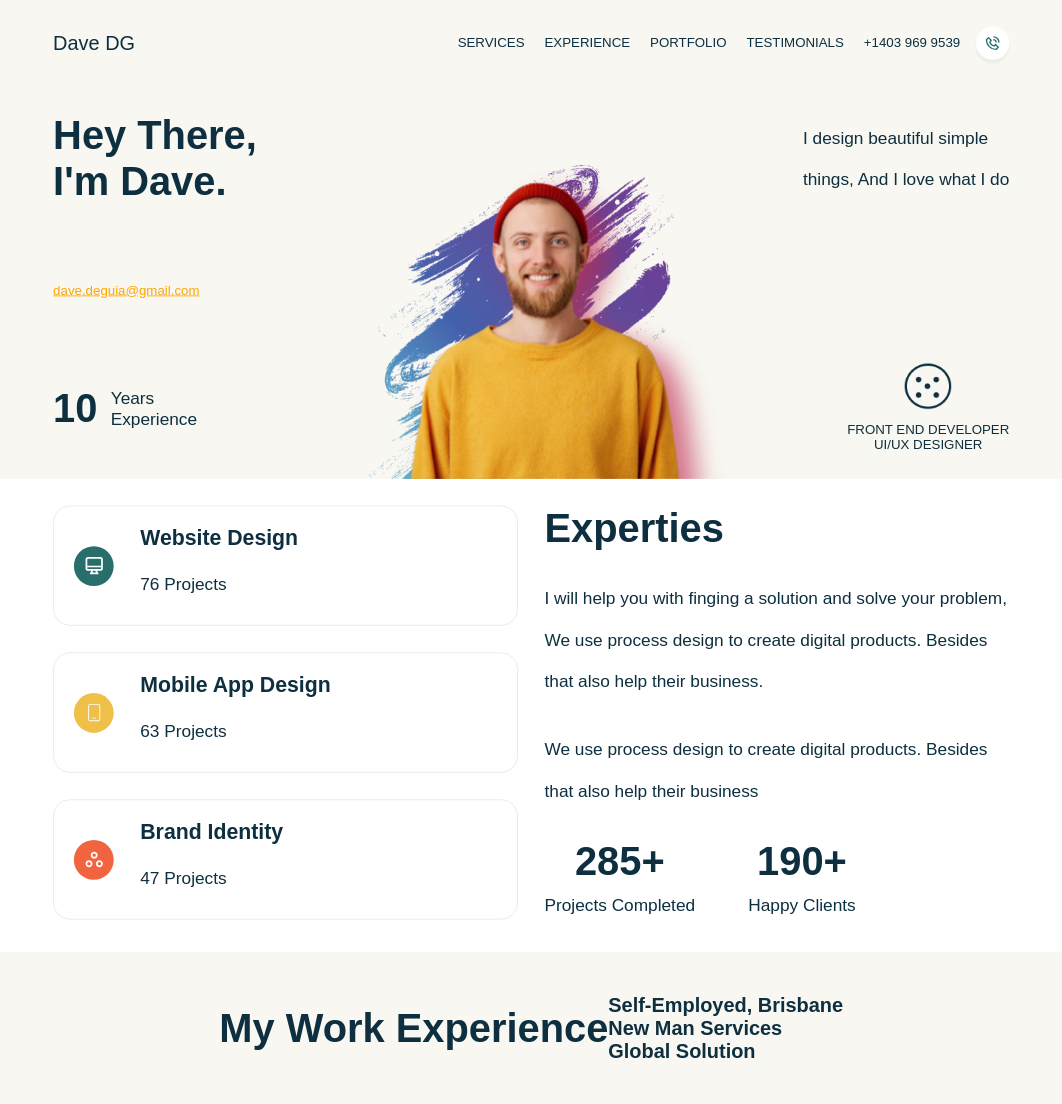
Repository: davedeguia/framer-motion-portfolio
Page: /
The author's editor kept a copy of each file at every save. The page is drawn from the files as they stood at one save, then again after the next save.
The browser window is 1280 px wide. The pictures show the whole page, at 83% of full size.
Some web fonts or font styles are not loaded; a fallback is used. The project was rebuilt for these pictures with package versions that can differ from the ones it lists, and the page was loaded fresh each time. Also part of the build but not shown: vite.config.js, src/components/Works/Works.module.scss.

Above is the page before, as saved 2023-02-10 17:23:31.

### index.html
<!DOCTYPE html>
<html lang="en">
  <head>
    <meta charset="UTF-8" />
    <link rel="icon" type="image/svg+xml" href="/vite.svg" />
    <meta name="viewport" content="width=device-width, initial-scale=1.0" />
    <link rel="stylesheet" href="https://stijndv.com/fonts/Eudoxus-Sans.css" />
      <title>Dave DG</title>
  </head>
  <body>
    <div id="root"></div>
    <script type="module" src="/src/main.jsx"></script>
  </body>
</html>

### src/main.jsx
import React from 'react'
import ReactDOM from 'react-dom/client'
import App from './App'
import './styles/index.css'
import './styles/global.scss'

ReactDOM.createRoot(document.getElementById('root')).render(
  <React.StrictMode>
    <App />
  </React.StrictMode>
)

### src/App.jsx
import Experties from './components/Experties/Experties'
import Header from './components/Header/Header'
import Hero from './components/Hero/Hero'
import Works from './components/Works/Works'
import css from './styles/app.module.scss'

const App = () => {
  return (
    <div className={`bg-primary ${css.container}`}>
      <Header />
      <Hero />
      <Experties />
      <Works />
    </div>
  )
}

export default App

### src/styles/index.css
* {
    margin: 0;
    padding: 0;
    box-sizing: border-box;
    scroll-behavior: smooth;
    font-family: "Eudoxus Sans", sans-serif;
  }

### src/styles/global.scss
@import './constants.scss';

.bg-primary {
  background: #F8F7F1;
}

.innerWidth {
  @media (min-width: $xxl) {
    max-width: 1280px;
    margin: auto;
  }

  width: 100%;
}

.paddings {
  @media (min-width: $sm) {
    padding: 4rem;
  }


  @media (min-width: $xl),
  (min-width: $md) {
    padding-top: 2rem;
    padding-bottom: 2rem;
  }

  padding-left: 1.5rem;
  padding-right: 1.5rem;
  padding-top: 1.5rem;
  padding-bottom: 1.5rem;
}



.xPaddings {
  @media (min-width: $sm) {
    padding-left: 4rem;
    padding-right: 4rem;
  }

  padding-left: 1.5rem;
  /* 24px */
  padding-right: 1.5rem;
  /* 24px */
}

.yPaddings {
  @media (min-width: $sm) {
    padding-top: 4rem;
    padding-bottom: 4rem;
  }

  @media (min-width: $xl) {
    padding-top: 2rem;
    padding-bottom: 2rem;
  }

  padding-top: 3rem;
  padding-bottom: 3rem;
}

.topPaddings {
  @media (min-width : $sm) {
    padding-top: 4rem;
  }

  @media (min-width: $xl) {
    padding-top: 2rem;
  }

  padding-top: 3rem;
}


.bottomPaddings {
  @media (min-width : $sm) {
    padding-bottom: 4rem;
  }

  @media (min-width: $xl) {
    padding-bottom: 2rem;
  }

  padding-bottom: 3rem;
}


.flexCenter {
  display: flex;
  justify-content: center;
  align-items: center;
}

.flexStart {
  display: flex;
  justify-content: start;
  align-items: center;
}

.flexEnd {
  display: flex;
  justify-items: end;
}

.primaryText {
  @media (max-width: $sm) {
    font-size: 2.5rem;
  }
  font-size: 3rem;
  font-weight: bold;
}

.secondaryText {
  @media (max-width: $sm) {
    font-size: 1.1rem;
    line-height: 40px;
  }
  line-height: 50px;
  font-size: 1.3rem;
  font-weight: 500
}
.anchor {
  display: block;
  position: relative;
  top: -100px;
  visibility: hidden;
}

### src/components/Experties/Experties.jsx
import React from 'react'
import css from './Experties.module.scss'
import { projectExperience, WhatDoIHelp } from '../../utils/data'
import { motion } from 'framer-motion'
import { fadeIn, staggerContainer, textVariant } from '../../utils/motion.js'

const Experties = () => {
  return (
    <motion.section
      variants={staggerContainer}
      initial='hidden'
      whileInView='show'
      viewport={{ once: false, amount: 0.25 }}
      className={css.wrapper}
    >
      <div
        className={`paddings yPaddings flexCenter innerWidth ${css.container}`}
      >
        <div className={css.leftSide}>
          {projectExperience.map((exp, i) => {
            return (
              <motion.div
                variants={fadeIn('right', 'tween', (i + 1) * 0.2, 1)}
                className={css.exp}
                key={i}
              >
                <div className='flexCenter' style={{ background: exp.bg }}>
                  <exp.icon size={25} color='white' />
                </div>

                <div>
                  <span>{exp.name}</span>
                  <span className='secondaryText'>{exp.projects} Projects</span>
                </div>
              </motion.div>
            )
          })}
        </div>
        <motion.div variants={textVariant(0.5)} className={css.rightSide}>
          <span className='primaryText'>Experties </span>
          {WhatDoIHelp.map((paragraph, i) => {
            return (
              <span className='secondaryText' key={i}>
                {paragraph}
              </span>
            )
          })}

          <div className={`flexCenter ${css.stats}`}>
            <div className={`flexCenter ${css.stat}`}>
              <span className='primaryText'>285+</span>
              <span className='secondaryText'>Projects Completed</span>
            </div>

            <div className={`flexCenter ${css.stat}`}>
              <span className='primaryText'>190+</span>
              <span className='secondaryText'>Happy Clients</span>
            </div>
          </div>
        </motion.div>
      </div>
    </motion.section>
  )
}

export default Experties

### src/components/Header/Header.jsx
import React, { useState } from 'react'
import css from './Header.module.scss'
import { BiMenuAltRight, BiPhoneCall } from 'react-icons/bi'
import { motion } from 'framer-motion'
import { getMenuStyles, headerVariants } from '../../utils/motion'
import useHeaderShadow from '../../hooks/useHeaderShadow'

const Header = () => {
  const [menuOpened, setMenuOpened] = useState(false)
  const headerShadow = useHeaderShadow()
  return (
    <motion.div
      initial='hidden'
      whileInView='show'
      variants={headerVariants}
      viewport={{ once: false, amount: 0.25 }}
      className={`paddings ${css.wrapper}`}
      style={{ boxShadow: headerShadow }}
    >
      <div className={`flexCenter innerWidth ${css.container}`}>
        <div className={css.name}>Dave DG</div>
        <ul
          style={getMenuStyles(menuOpened)}
          className={`flexCenter ${css.menu}`}
        >
          <li>
            <a href=''>Services</a>
          </li>

          <li>
            <a href=''>Experience</a>
          </li>

          <li>
            <a href=''>Portfolio</a>
          </li>

          <li>
            <a href=''>Testimonials</a>
          </li>

          <li className={`flexCenter ${css.phone}`}>
            <p>+1403 969 9539</p>
            <BiPhoneCall size={'40px'} />
          </li>
        </ul>
        {/* for medium and small screens */}
        <div
          className={css.menuIcon}
          onClick={() => setMenuOpened((prev) => !prev)}
        >
          <BiMenuAltRight size={30} />
        </div>
      </div>
    </motion.div>
  )
}

export default Header

### src/components/Hero/Hero.jsx
import React from 'react'
import css from './Hero.module.scss'
import { motion } from 'framer-motion'
import { fadeIn, slideIn, staggerContainer } from '../../utils/motion'

const Hero = () => {
  return (
    <section className={`paddings ${css.wrapper}`}>
      <motion.div
        variants={staggerContainer}
        initial='hidden'
        whileInView='show'
        viewport={{ once: false, amount: 0.25 }}
        className={`innerWidth ${css.container}`}
      >
        {/* upper elements */}
        <div className={css.upperElements}>
          <motion.span
            variants={fadeIn('right', 'tween', 0.2, 1)}
            className='primaryText'
          >
            Hey There, <br /> I'm Dave.
          </motion.span>
          <motion.span
            variants={fadeIn('left', 'tween', 0.4, 1)}
            className='secondaryText'
          >
            I design beautiful simple <br /> things, And I love what I do
          </motion.span>
        </div>

        {/* person image */}
        <motion.div
          variants={fadeIn('up', 'tween', 0.3, 1)}
          className={css.person}
        >
          <motion.img
            variants={slideIn('up', 'tween', 0.5, 1.3)}
            src='./person.png'
            alt=''
          />
        </motion.div>

        {/* email */}
        <a className={css.email} href='mailto:dave.deguia@gmail.com'>
          dave.deguia@gmail.com
        </a>

        {/* lower elements */}
        <div className={css.lowerElements}>
          <div className={css.experience}>
            <div className='primaryText'>10</div>
            <div className='secondaryText'>
              <div>Years</div>
              <div>Experience</div>
            </div>
          </div>
          <div className={css.certificate}>
            <img src='./certificate.png' alt='' />
            <span>FRONT END DEVELOPER</span>
            <span>UI/UX DESIGNER</span>
          </div>
        </div>
      </motion.div>
    </section>
  )
}

export default Hero

### src/components/Works/Works.jsx
import React from 'react'
import css from './Works.module.scss'
import { motion } from 'framer-motion'
import { staggerChildren } from '../../utils/motion.js'
import { workExp } from '../../utils/data'

const Works = () => {
  return (
    <motion.section
      variants={staggerChildren}
      initial='hidden'
      whileInView='show'
      viewport={{ once: false, amount: 0.25 }}
      className={`paddings ${css.wrapper}`}
    >
      <div className={`flexCenter innerWidth ${css.container}`}>
        <span className='primaryText yPaddings'>My Work Experience</span>
        <div className={css.experiences}>
          {workExp.map((exp, i) => {
            return (
              <div className={css.exp} key={i}>
                <div className={css.post}>
                  <h1>{exp.place}</h1>
                </div>
                <div className={css.role}></div>
              </div>
            )
          })}
        </div>
      </div>
    </motion.section>
  )
}

export default Works

### src/styles/app.module.scss
@import './constants.scss';

.container{
    overflow-x: clip;
    position: relative;
    color: $primary;

}

### src/components/Experties/Experties.module.scss
@import './../../styles/constants.scss';

.wrapper {
    background: white;

    .container {
        align-items: flex-start;
        gap: 2rem;
        flex-wrap: wrap;
        >div {
            flex: 1;
        }

        .leftSide {
            display: flex;
            flex-direction: column;
            gap: 2rem;

            .exp {
                display: flex;
                align-items: center;
                border: 1px solid $secondary-white;
                border-radius: 20px;
                padding: 1.5rem;
                gap: 2rem;
                transition: all 200ms ease-out;

                &hover {
                    cursor: pointer;
                    box-shadow: 0px 21px 13px rgba(0, 0, 0, 0.04);
                }

                //icon circles
                >:nth-child(1) {
                    padding: 10px;
                    width: 3rem;
                    height: 3rem;
                    border-radius: 999px;
                }

                //description
                >:nth-child(2) {
                    display: flex;
                    flex-direction: column;
                    gap: 1rem;

                    >:nth-child(1) {
                        font-size: 1.6rem;
                        font-weight: bold;
                    }
                }

            }
        }

        .rightSide {
            @media (max-width: $sm) {
                text-align: center;
            }
            display: flex;
            flex-direction: column;
            gap: 2rem;

            .stats {
                justify-content: flex-start;
                gap: 4rem;

                .stat {
                    flex-direction: column;
                    justify-content: flex-start;
                }
            }
        }
    }
}

### src/utils/motion.js
export const headerVariants = {
  hidden: {
    opacity: 0,
    y: -50,
    transition: {
      type: 'spring',
      stiffness: 300,
      damping: 140,
    },
  },
  show: {
    opacity: 1,
    y: 0,
    transition: {
      type: 'spring',
      stiffness: 80,
      delay: 1,
    },
  },
}

export const slideIn = (direction, type, delay, duration) => ({
  hidden: {
    x: direction === 'left' ? '-100%' : direction === 'right' ? '100%' : 0,
    y: direction === 'up' ? '100%' : direction === 'down' ? '100%' : 0,
  },
  show: {
    x: 0,
    y: 0,
    transition: {
      type,
      delay,
      duration,
      ease: 'easeOut',
    },
  },
})

export const staggerContainer = (staggerChildren, delayChildren) => ({
  hidden: {},
  show: {
    transition: {
      staggerChildren,
      delayChildren,
    },
  },
})

export const textVariant = (delay) => ({
  hidden: {
    y: 50,
    opacity: 0,
  },
  show: {
    y: 0,
    opacity: 1,
    transition: {
      type: 'spring',
      duration: 1.25,
      delay,
    },
  },
})

export const textVariant2 = {
  hidden: {
    opacity: 0,
    y: 20,
  },
  show: {
    opacity: 1,
    y: 0,
    transition: {
      type: 'tween',
      ease: 'easeIn',
    },
  },
}

export const fadeIn = (direction, type, delay, duration) => ({
  hidden: {
    x: direction === 'left' ? 100 : direction === 'right' ? -100 : 0,
    y: direction === 'up' ? 100 : direction === 'down' ? -100 : 0,
    opacity: 0,
  },
  show: {
    x: 0,
    y: 0,
    opacity: 1,
    transition: {
      type,
      delay,
      duration,
      ease: 'easeOut',
    },
  },
})

export const zoomIn = (delay, duration) => ({
  hidden: {
    scale: 0,
    opacity: 0,
  },
  show: {
    scale: 1,
    opacity: 1,
    transition: {
      type: 'tween',
      delay,
      duration,
      ease: 'easeOut',
    },
  },
})

export const footerVariants = {
  hidden: {
    opacity: 0,
    y: 50,
    transition: {
      type: 'spring',
      stiffness: 300,
      damping: 140,
    },
  },
  show: {
    opacity: 1,
    y: 0,
    transition: {
      type: 'spring',
      stiffness: 80,
      delay: 0.5,
    },
  },
}

export const staggerChildren = {
  hidden: { opacity: 0 },
  show: {
    opacity: 1,
    transition: {
      staggerChildren: 0.5,
    },
  },
}

export const getMenuStyles = (menuOpened) => {
  if (document.documentElement.clientWidth <= 640) {
    return { right: !menuOpened && '-100%' }
  }
}

### src/components/Header/Header.module.scss
@import './../../styles/constants.scss';

.wrapper {
    position: relative;
    z-index: 99;
    opacity: 1;
    transform: none;
    position: sticky;
    top: 0px;
    transition: all 300ms ease;

    .container {
        position: relative;
        justify-content: space-between;
        font-weight: 500;

        .name {
            font-size: 1.5rem;
            font-weight: 500;
        }

        .menu {

            @media (max-width: $sm),
            (max-width: $md) {
                position: absolute;
                list-style: none;
                gap: 2rem;
                font-weight: 500;
                flex-direction: column;
                right: 0;
                top: 3rem;
                height: calc(100vh - 6.3rem);
                width: 50%;
                min-width: 15rem;
                background: white;
                padding: 2rem;
                display: flex;
                border-radius: 10px;
                transition: all 200ms ease;
                align-items: flex-start;
                padding: 3rem;
                justify-content: flex-start;
                box-shadow: 0px 4px 4px rgba(0, 0, 0, 0.05);
            }

            text-transform: uppercase;
            font-size: 1rem;
            list-style: none;
            gap: 1.5rem;
            cursor: pointer;

            li {
                a {
                    color: inherit;
                    text-decoration: none;
                }

                &:hover {
                    color: $secondary;
                }
            }

            .phone {
                gap: 1.2rem;
                flex-wrap: wrap;

                svg {
                    color: $secondary;
                    background-color: white;
                    padding: 10px;
                    border-radius: 999px;
                    box-shadow: 0px 4px 4px rgba(0, 0, 0, 0.05);
                }
            }
        }



        .menuIcon {

            @media (max-width: $sm),
            (max-width: $md) {
                display: block;
            }

            display: none;
        }
    }
}

### src/components/Hero/Hero.module.scss
@import './../../styles/constants.scss';

.wrapper {
    overflow: hidden;

    .container {
        position: relative;
        z-index: 1;

        .upperElements {
            @media (max-width: $sm) {
                justify-content: center;
                text-align: center;
                gap: 2rem;
            }
            display: flex;
            align-items: center;
            justify-content: space-between;
            flex-wrap: wrap;
        }

        .lowerElements {
            @media (max-width: $sm), (max-width: $md) {
                margin-top: 4rem;
                gap: 2rem;
                justify-content: center;
            }
            margin-top: 12rem;
            display: flex;
            flex-wrap: wrap;
            justify-content: space-between;

            .experience {
                display: flex;
                align-items: center;
                gap: 1rem;

                >:nth-child(2) {
                    line-height: 25px;
                }
            }

            .certificate {
                display: flex;
                flex-direction: column;
                align-items: center;

                img {
                    margin-bottom: 1rem;
                    width: 3.5rem;
                }
            }
        }

        .person {
            @media (max-width: $sm), (max-width: $md) {
                position: relative;
                left: 0;
                background-size: 20rem;
                display: flex;
                align-items: center;
                justify-content: center;
                background-position: bottom;
            }
            position: absolute;
            bottom: -2rem;
            margin: auto;
            background-image: url('../splash.png');
            background-repeat: no-repeat;
            background-size: 23rem;
            left: 33%;

            img {
                @media (max-width: $sm) {
                    width: 23rem;
                }
                margin-bottom: -5px;
            }
        }

        .email {
            @media (max-width: $sm) {
                position: relative;
                display: none;
            }
            position: absolute;
            top: 50%;
            color: orange;
            left: 0;
        }
    }
}

Loaded but not shown: src/styles/constants.scss (common file); src/hooks/useHeaderShadow.jsx (common file); src/utils/data.js (156 lines, source omitted)

After the next save:
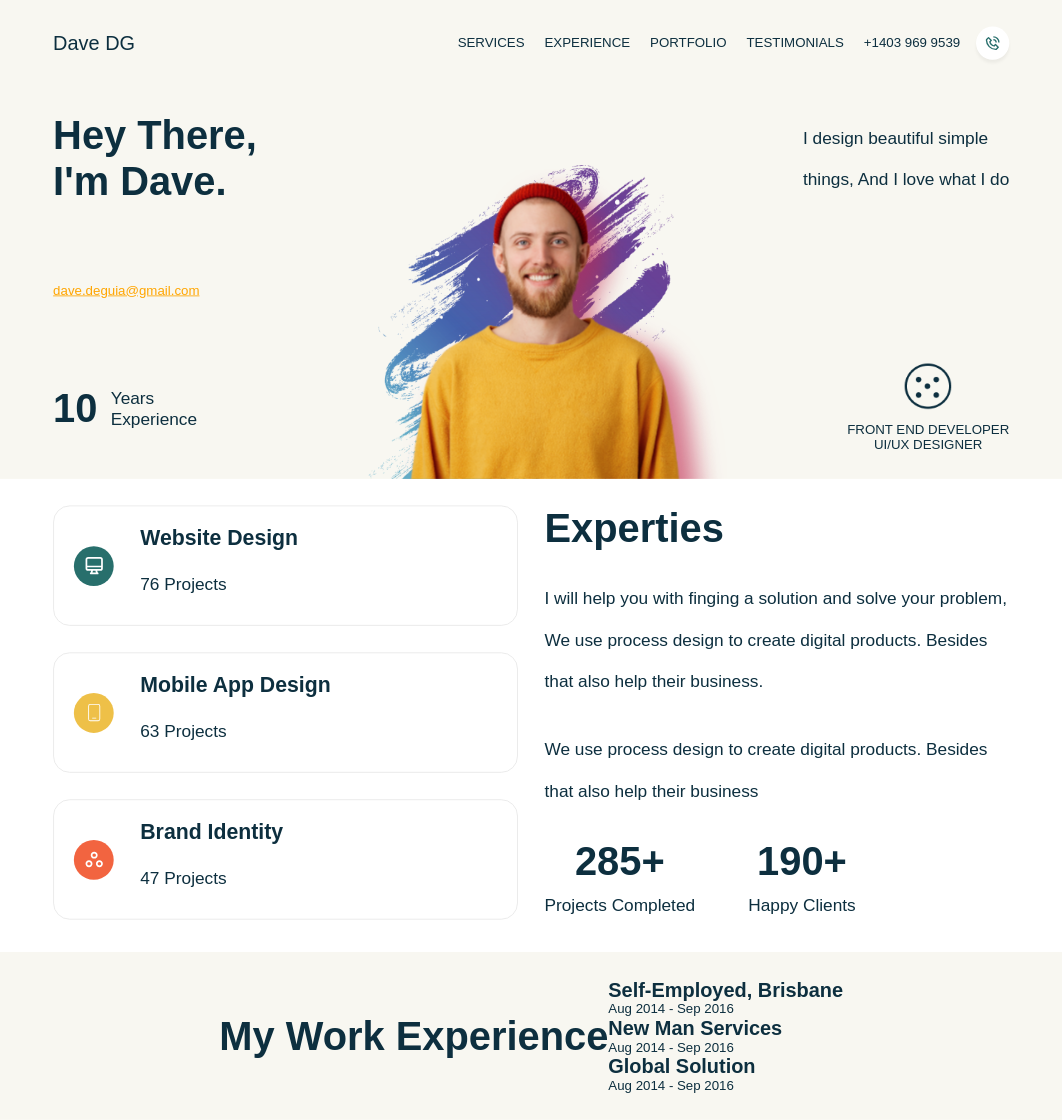
Saved 15 s later.
--- a/src/components/Works/Works.jsx
+++ b/src/components/Works/Works.jsx
@@ -21,6 +21,7 @@ const Works = () => {
               <div className={css.exp} key={i}>
                 <div className={css.post}>
                   <h1>{exp.place}</h1>
+                  <p>{exp.tenure}</p>
                 </div>
                 <div className={css.role}></div>
               </div>
